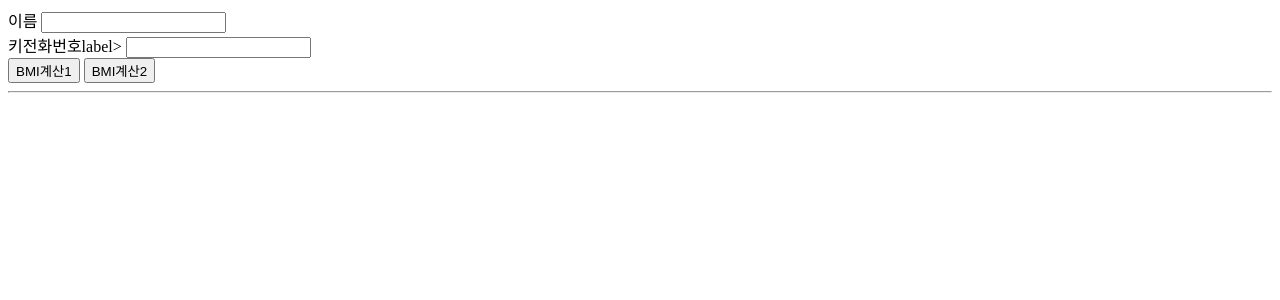
Repository: parkhy0sh1n/SpringStudy
Page: http://localhost/03_Ajax/third.do
These files come from the project's save history. The page is drawn as it stood at one moment and after the next save; the edit follows.
The browser window is 1280 px wide. The pictures show the whole page.
The page is served by Tomcat 9. Other server files are loaded and not shown.

Above is the page before, as saved 2023-04-14 02:04:35.

### 03_Ajax/src/main/webapp/WEB-INF/views/third.jsp
<%@ page language="java" contentType="text/html; charset=UTF-8"
    pageEncoding="UTF-8"%>
<%@ taglib uri="http://java.sun.com/jsp/jstl/core" prefix="c" %>
<c:set var="contextPath" value="${pageContext.request.contextPath}" />
<!DOCTYPE html>
<html>
<head>
<meta charset="UTF-8">
<title>Insert title here</title>
<script src="${contextPath}/resources/js/lib/jquery-3.6.4.min.js"></script>
<script>

</script>
</head>
<body>

	<div>
		<form id="frm">
			<div>
				<label for="anem">이름</label>
				<input id="name" name="name"">
			</div>
			<div>
				<label for="tel">키전화번호label>
				<input id="tel" name="tel">
			</div>
			<div>
				<input type="button" value="BMI계산1" onclick="fnBmi1()">
				<input type="button" value="BMI계산2" onclick="fnBmi2()">
			</div>
		</form>
	</div>

	<hr>

</body>
</html>

Loaded but not shown: 03_Ajax/src/main/webapp/resources/js/lib/jquery-3.6.4.min.js (library)

After the next save:
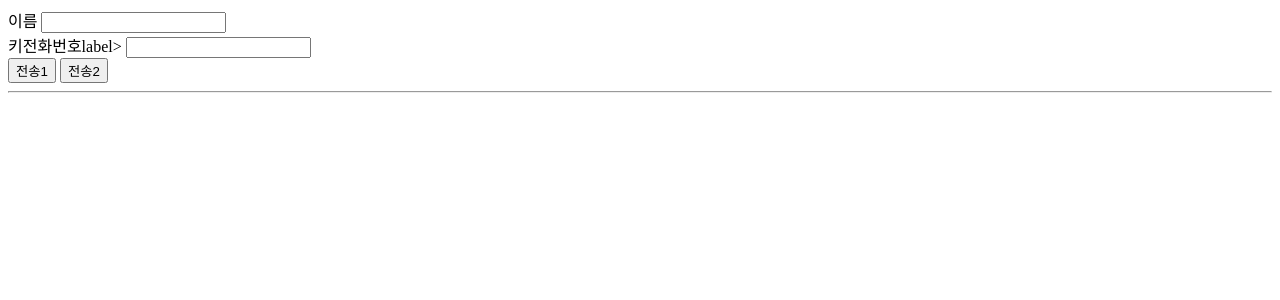
Saved 13 s later.
--- a/03_Ajax/src/main/webapp/WEB-INF/views/third.jsp
+++ b/03_Ajax/src/main/webapp/WEB-INF/views/third.jsp
@@ -25,8 +25,8 @@
 				<input id="tel" name="tel">
 			</div>
 			<div>
-				<input type="button" value="BMI계산1" onclick="fnBmi1()">
-				<input type="button" value="BMI계산2" onclick="fnBmi2()">
+				<input type="button" value="전송1" onclick="fn1()">
+				<input type="button" value="전송2" onclick="fn2()">
 			</div>
 		</form>
 	</div>
